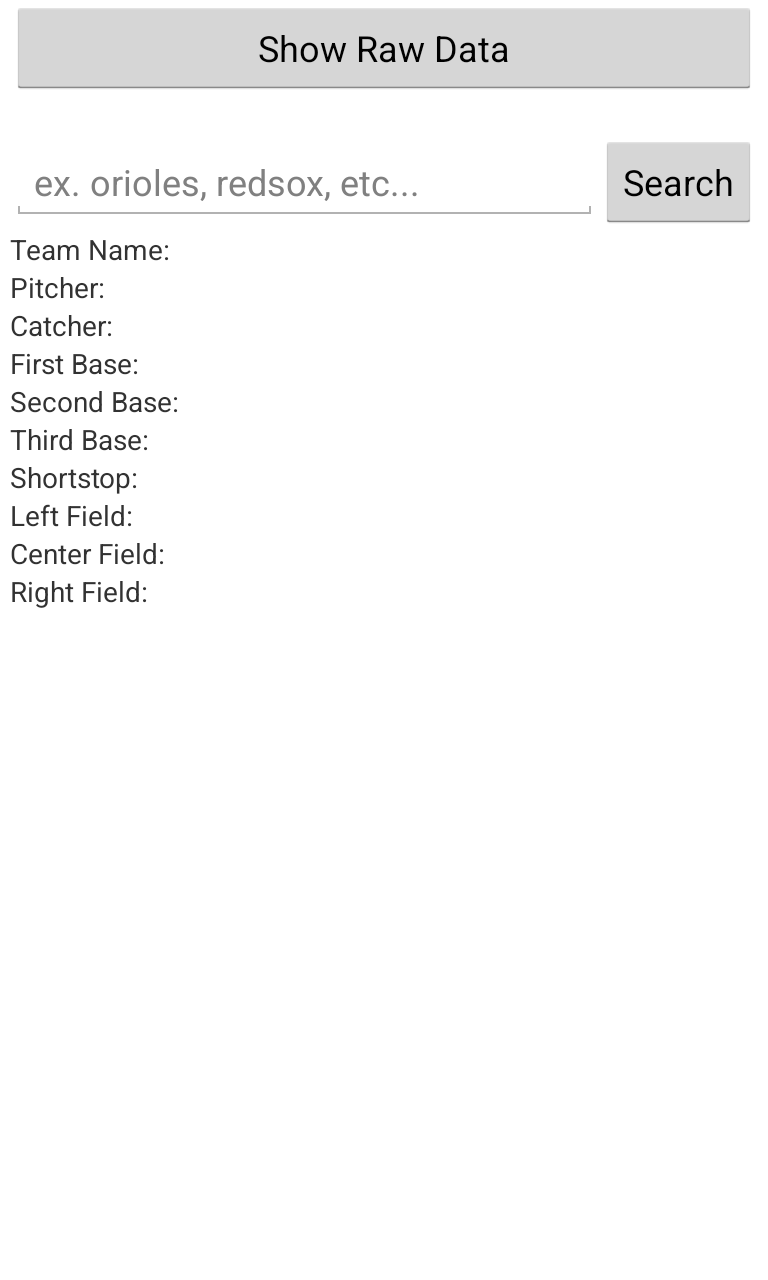
Repository: jemcphe/java1
Layout: teamG.M./TeamGM/res/layout/applayout.xml
An editor plug-in stored every save of this project. The layout is shown before and after the next save, followed by the edit.
It is drawn on a 768 x 1280 px phone screen (xhdpi) without system bars, with theme AppTheme; the app's code is not run.

Above is the layout before, as saved 2013-05-27 04:52:16.

After the next save:
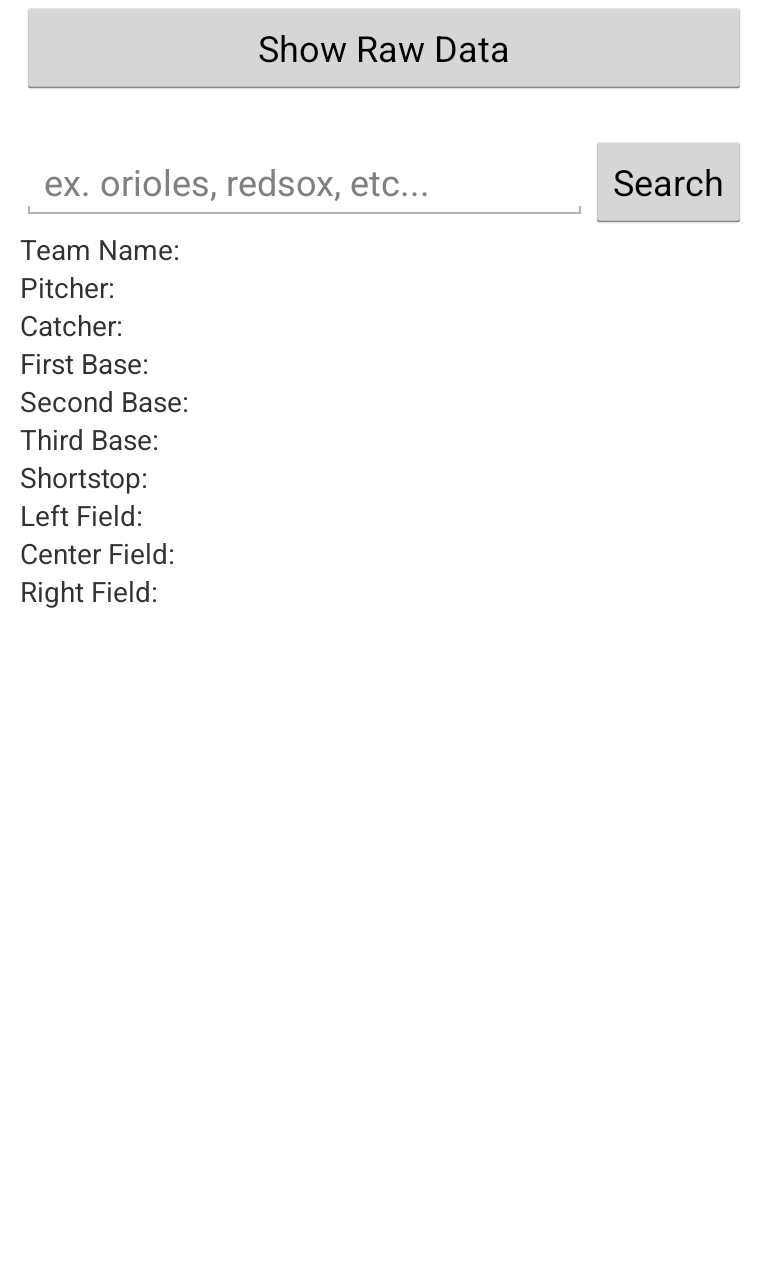
Saved 2 min 51 s later.
--- a/teamG.M./TeamGM/res/layout/applayout.xml
+++ b/teamG.M./TeamGM/res/layout/applayout.xml
@@ -3,8 +3,8 @@
     android:layout_width="fill_parent"
     android:layout_height="fill_parent"
     android:orientation="vertical"
-    android:paddingLeft="5dp"
-    android:paddingRight="5dp" >
+    android:paddingLeft="10dp"
+    android:paddingRight="10dp" >
 
     <LinearLayout
         android:id="@+id/historyLayout"
